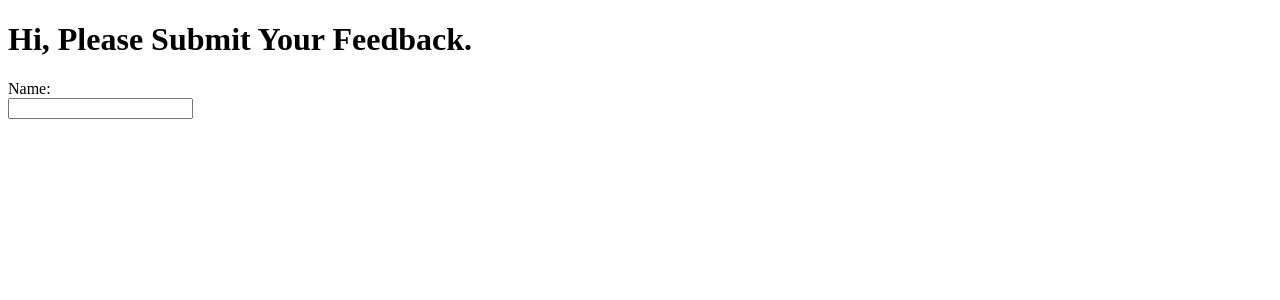
Repository: anik3395/JavaServletProjects
Page: eclipse-workspace/FeedbackCollectionSystem/src/main/webapp/feedback_form.html
These files come from the project's save history. The page is drawn as it stood at one moment and after the next save; the edit follows.
The browser window is 1280 px wide. The pictures show the whole page.

Above is the page before, as saved 2024-10-23 05:51:18.

### eclipse-workspace/FeedbackCollectionSystem/src/main/webapp/feedback_form.html
<!DOCTYPE html>
<html>
<head>
<meta charset="UTF-8">
<title>Submit Your Feedback</title>
</head>
<body>
<h1>Hi, Please Submit Your Feedback.</h1>

<form action="submitFeedback" method="post">

<label for="name" >Name:</label><br>
<input type="text" name="name" required><br><br>

</form>

</body>
</html>

After the next save:
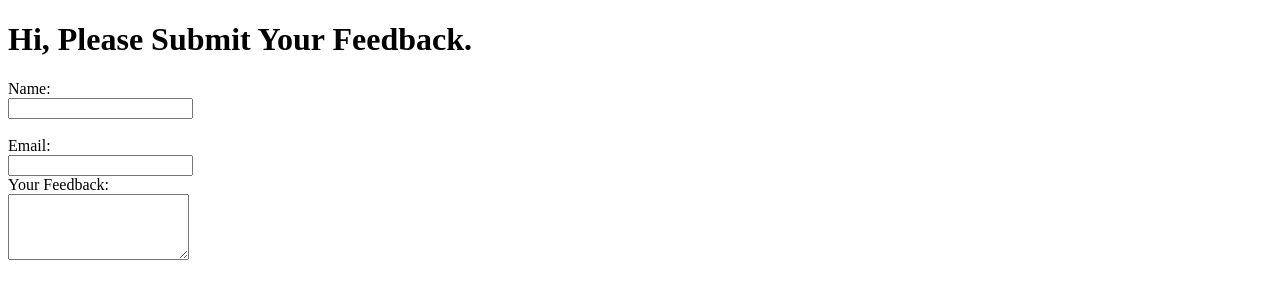
Saved 113 s later.
--- a/eclipse-workspace/FeedbackCollectionSystem/src/main/webapp/feedback_form.html
+++ b/eclipse-workspace/FeedbackCollectionSystem/src/main/webapp/feedback_form.html
@@ -12,6 +12,12 @@
 <label for="name" >Name:</label><br>
 <input type="text" name="name" required><br><br>
 
+<label for="email">Email:</label><br>
+<input type="email"  name="email" required><br>
+
+<label for="feedback">Your Feedback:</label><br>
+<textarea  name="feedback" rows="4" required></textarea><br>
+
 </form>
 
 </body>
